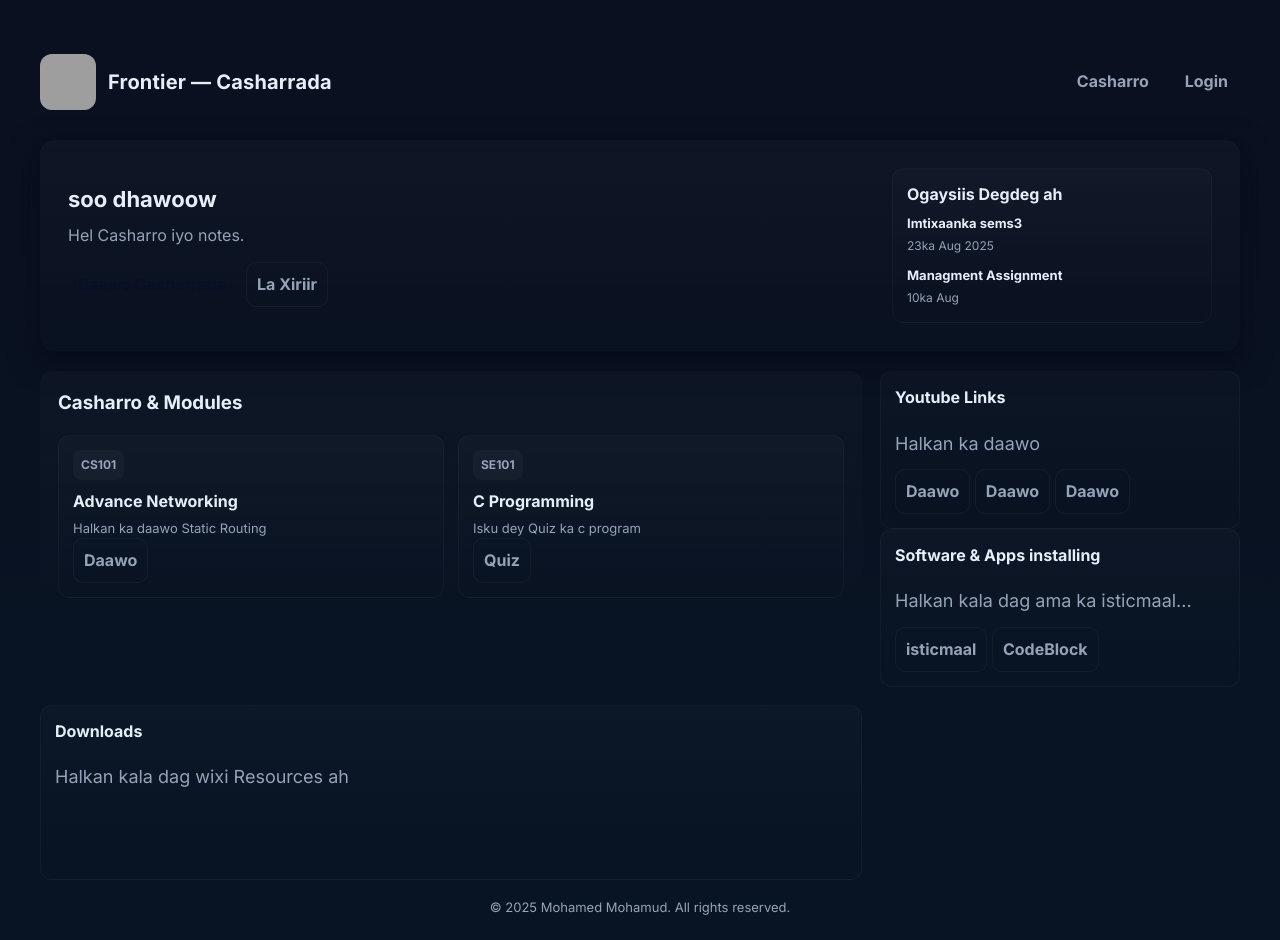
Repository: mrfiiqane/Al-Tacaawun.com
Page: index.html
The author's editor kept a copy of each file at every save. The page is drawn from the files as they stood at one save, then again after the next save.
The browser window is 1280 px wide. The pictures show the whole page.
Pictures or frames that could not be fetched are drawn as grey boxes.

Above is the page before, as saved 2025-08-12 09:04:00.

After the next save:
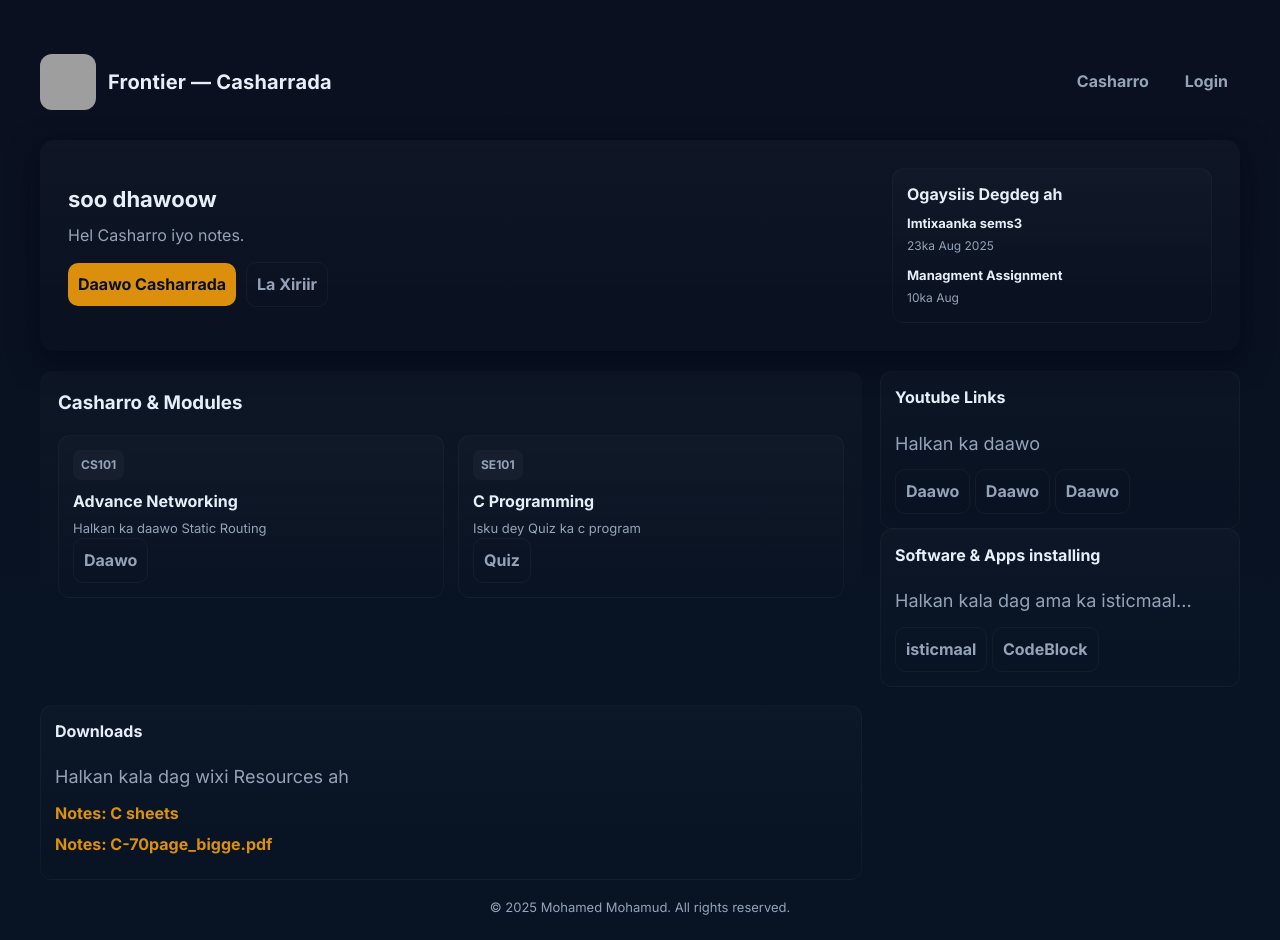
Saved 9 s later.
--- a/style.css
+++ b/style.css
@@ -1,7 +1,7 @@
 :root{
       --bg:#0f1724;
       --card:#0b1220;
-      --accent:#f59f0b00;
+      --accent:#f59f0be3;
       --muted:#94a3b8;
       --glass: rgba(255,255,255,0.04);
       --radius:14px;
